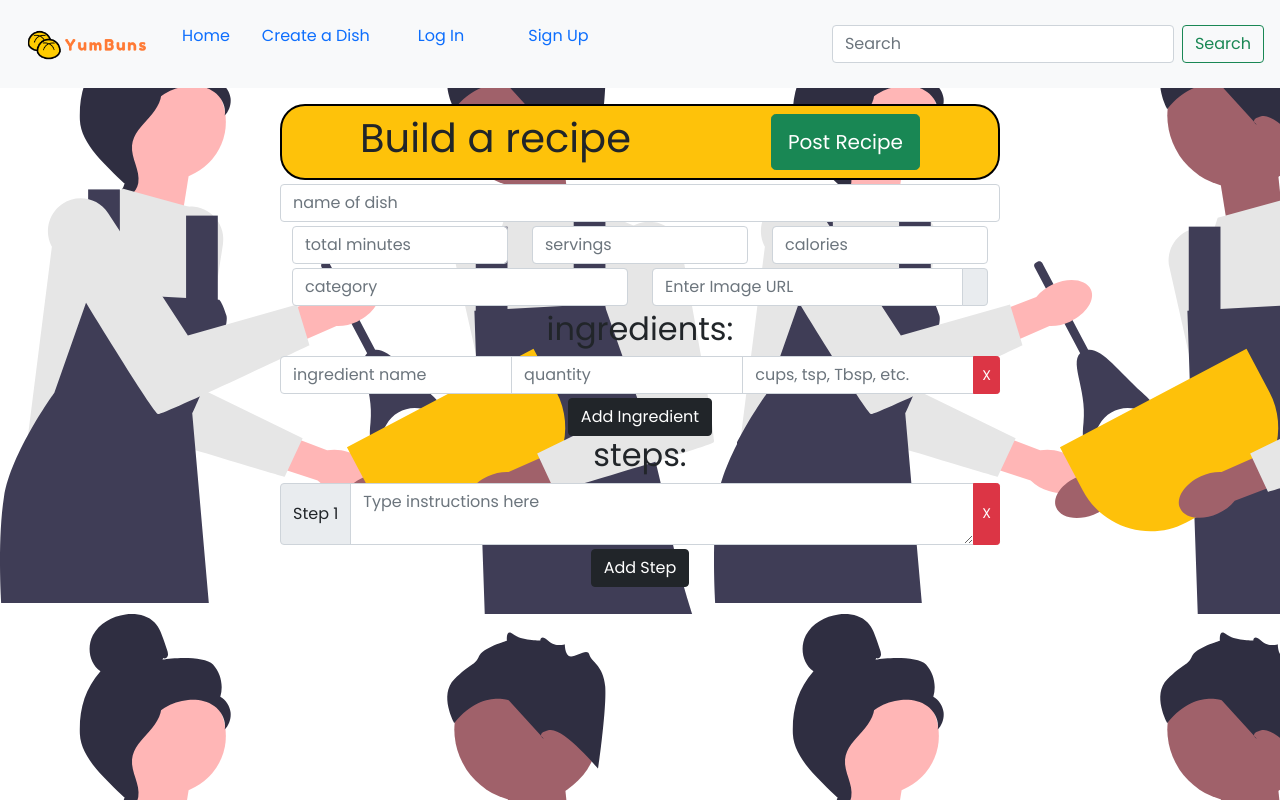
Repository: mottad14/yumBuns
Page: /create (app in client/)
The author's editor kept a copy of each file at every save. The page is drawn from the files as they stood at one save, then again after the next save.
The browser window is 1280 px wide. The pictures show the whole page.
Some web fonts or font styles are not loaded; a fallback is used. The project was rebuilt for these pictures with package versions that can differ from the ones it lists, and the page was loaded fresh each time. Also part of the build but not shown: client/src/components/RecipePreview.js, client/src/views/Main.js, client/src/views/Login.js, client/src/views/NewAccount.js, client/src/views/Recipe.js, client/src/components/SubscribePop.css, client/src/components/SignUp.jsx, client/src/components/SubscribePop.js.

Above is the page before, as saved 2022-07-30 12:53:31.

### client/public/index.html
<!DOCTYPE html>
<html lang="en">
  <head>
    <meta charset="utf-8" />
    <link rel="icon" href="%PUBLIC_URL%/favicon.ico" />
    <meta name="viewport" content="width=device-width, initial-scale=1" />
    <meta name="theme-color" content="#000000" />
    <meta
      name="description"
      content="Web site created using create-react-app"
    />
    <!--
      Notice the use of %PUBLIC_URL% in the tags above.
      It will be replaced with the URL of the `public` folder during the build.
      Only files inside the `public` folder can be referenced from the HTML.

      Unlike "/favicon.ico" or "favicon.ico", "%PUBLIC_URL%/favicon.ico" will
      work correctly both with client-side routing and a non-root public URL.
      Learn how to configure a non-root public URL by running `npm run build`.
    -->
    <title>Yumbuns</title>
  </head>
  <body>
    <noscript>You need to enable JavaScript to run this app.</noscript>
    <div id="root"></div>
    <!--
      This HTML file is a template.
      If you open it directly in the browser, you will see an empty page.

      You can add webfonts, meta tags, or analytics to this file.
      The build step will place the bundled scripts into the <body> tag.

      To begin the development, run `npm start` or `yarn start`.
      To create a production bundle, use `npm run build` or `yarn build`.
    -->
  </body>
</html>

### client/src/index.js
import React from 'react';
import ReactDOM from 'react-dom';
import './index.css';
import App from './App';
import reportWebVitals from './reportWebVitals';
import {BrowserRouter} from "react-router-dom";

ReactDOM.render(
    <React.StrictMode>
      <BrowserRouter>
            <App />
      </BrowserRouter>
    </React.StrictMode>,
    document.getElementById('root')
);



// If you want to start measuring performance in your app, pass a function
// to log results (for example: reportWebVitals(console.log))
// or send to an analytics endpoint. Learn more: https://bit.ly/CRA-vitals
reportWebVitals();

### client/src/App.js
import React from 'react';
import 'bootstrap/dist/css/bootstrap.min.css';
import {Switch, Route} from "react-router-dom";
import './App.css';
import NavBar from './components/NavBar';
import Main from './views/Main';
import Login from './views/Login'
import NewAccount from "./views/NewAccount"
import Create from './views/Create';
import Recipe from './views/Recipe';
import SubscribePop from './components/SubscribePop';
import {useState, useEffect} from 'react'
import { AuthContextProvider } from "./contexts/AuthContext";
import eating from "./imgs/cooking.svg"



function App() {
  const [timedPopup, setTimedPopup] = useState (false);

  useEffect(() => {
    setTimeout(() => {
      setTimedPopup(true)
    }, 45000)
  }, [])


  return (

    <div className="App" style={{ backgroundImage: `url(${eating})` }}>
      <div >

          <div className="">
              <AuthContextProvider>
                <NavBar/>
                  <Switch>
                    <Route exact path="/">
                      <Main/>
                    </Route>

                    <Route exact path="/login">
                      <Login/>
                    </Route>

                    <Route exact path="/signup">
                      <NewAccount/>
                    </Route>

                    <Route path="/view/single/:_id">
                      <Recipe/>
                    </Route>

                    <Route exact path="/create">
                      <Create/>
                    </Route>
                  </Switch>

                  <SubscribePop trigger={timedPopup} setTrigger={setTimedPopup}>
                  </SubscribePop>
              </AuthContextProvider>

          </div>
       </div>
    </div>
  );
}

export default App;

### client/src/App.css
@import url('https://fonts.googleapis.com/css2?family=BIZ+UDGothic&family=Poppins&display=swap');

.App {
  font-family: 'BIZ UDGothic', sans-serif;
  font-family: 'Poppins', sans-serif;
  text-align: center;
  min-height: 800px;
}

.recipePreview{
  border: 3px solid rgb(177, 177, 177);
  min-height: 300px;
  width: 250px;
  background-color: rgb(254, 194, 10);
  border-left-style: dotted;
  border-right-style: dotted;
  border-radius: 10%;

}

.recipePreview > img{
  width: 95%;
  border-radius: 10%;
}
.recipePreview >div{
  align-items: center;

}

.Logo{
  margin-left: 10px;
  height: 30px;
}

.sticky{
  position: sticky;
  top: 0;
  z-index: 999;
  background-color: rgb(254, 194, 10);
  border: 2px solid black;
  border-radius: 25px;
}

.thumbnailBox > img{
  height: 40px;
}

.thumbnailBox > img:hover{
  height: 125px;
}

### client/src/components/NavBar.js
import React from "react";
import { Link } from "react-router-dom"
import Nav from 'react-bootstrap/Nav';
import YumBuns from "../imgs/YumBunsLogo.png"

const NavBar = (props) => {
    return(
            <nav className="navbar navbar-expand-sm bg-light mb-3">
                <Link className="navbar-brand mx-3" to="/">  <img className="Logo" src={YumBuns} alt="Logo" /> </Link>

                <div className="collapse navbar-collapse" id="navbarSupportedContent">
                <ul className="navbar-nav me-auto mb-2 mb-lg-0">
                    <li className="nav-item">
                    <Nav.Link> <Link className="nav-link btn-outline-warning" aria-current="page" to="/">Home</Link> </Nav.Link>
                    </li>
                    <li className="nav-item">
                    <Nav.Link> <Link className="nav-link btn-outline-warning" to="/create">Create a Dish</Link> </Nav.Link>
                    </li>
                    <li className="nav-item">
                    <Nav.Link> <Link className="nav-link d-flex mx-3 btn-outline-warning" to="/login"> Log In</Link> </Nav.Link>
                    </li>
                    <li className="nav-item">
                    <Nav.Link>  <Link className="nav-link d-flex mx-3 btn-outline-warning" to="/signup">    <p onClick={() => props.setTrigger(true)}> Sign Up </p>    </Link> </Nav.Link>
                    </li>
                </ul>
                <form className="d-flex mx-3" role="search">
                    <input className="form-control me-2" type="search" placeholder="Search" aria-label="Search" />
                    <button className="btn btn-outline-success" type="submit">Search</button>
                </form>
            </div>
            </nav>
    )
}

export default NavBar;

### client/src/views/Create.js
import React, {useState} from "react";
import axios from "axios"
import { useHistory } from "react-router-dom";


const Create = (props) => {
    const [form, setForm] = useState({
        name:"",
        minutes: 0,
        servings: null,
        calories: null,
        category: "",
        imgURL: "",
        steps:[""], //Steps is going to need its own onChange-handler
        ingredients:[ //Ingredients will also need its own onChange-handler
            {amount: "", name:"", measurement:""}
        ]
    })

    const history = useHistory();

    const onChangeHandler = (event) =>{
        setForm({
            ...form,
            [event.target.name]: event.target.value
        })
    }

    const onAddStep = (event)=>{
        event.preventDefault();
        const copyForm = {...form};
        copyForm.steps.push("")
        setForm(copyForm);

    }

    const onAddIngredient = (event) =>{
        event.preventDefault();
        const copyForm = {...form};
        copyForm.ingredients.push({ amount: undefined, name: "", measurement: ""})
        setForm(copyForm);
    }

    const onRemoveIngredient = (event, i)=>{
        event.preventDefault();
        const copyForm = {...form}
        copyForm.ingredients.splice(i,1)
        setForm(copyForm)
    }

    const onRemoveStep = (event, i)=>{
        event.preventDefault();
        const copyForm = {...form}
        copyForm.steps.splice(i,1)
        setForm(copyForm)
    }

    const onChangeStep = (event, i)=>{
        const copyForm = {...form};
        copyForm.steps[i] = event.target.value;
        setForm(copyForm)
    }

    const onChangeIngredient = (event, i) => {
        const copyForm = {...form};
        copyForm.ingredients[i][event.target.name] = event.target.value;
        setForm(copyForm);
    }

    const onSubmitHandler = (event) => {
        event.preventDefault();
        axios.post("http://localhost:8000/api/recipes/create", form)
            .then(res=>{
                history.push("/");
            })
            .catch(err=>{
                console.log(err)
            })
    };

    return (
        <div>

           <form className="d-block w-75 mx-auto" onSubmit={onSubmitHandler}>
               <div className="d-flex justify-content-around sticky d-block w-75 mx-auto p-2">
                    <h1> Build a recipe</h1>
                    <input type="submit" className="btn btn-lg btn-success" value="Post Recipe" />
                </div>

               <div className="form-group d-block w-75 mx-auto my-1">
                   <input type="text" name="name" onChange={onChangeHandler} className="form-control" placeholder="name of dish" />
               </div>

               <div className="row my-1 w-75 mx-auto">
                   <div className="col">
                       <input type="number" name="minutes" onChange={onChangeHandler} className="form-control" placeholder="total minutes" aria-label="minutes"/>
                   </div>
                    <div className="col">
                       <input type="number" name="servings" onChange={onChangeHandler} className="form-control" placeholder="servings" aria-label="servings"/>
                   </div>
                    <div className="col">
                       <input type="number" name="calories" onChange={onChangeHandler} className="form-control" placeholder="calories" aria-label="calories"/>
                   </div>
               </div>

                <div className="row my-1 w-75 mx-auto">
                   <div className="col">
                       <input type="text" name="category" onChange={onChangeHandler} className="form-control" placeholder="category" aria-label="category"/>
                   </div>
                    <div className="col input-group">
                       <input type="text" name="imgURL" onChange={onChangeHandler} className="form-control" placeholder="Enter Image URL" aria-label="imageURL"/>
                       <span className="input-group-text thumbnailBox">{form.imgURL.length > 0 && <img src={form.imgURL} alt="image thumbnail" />}</span>
                   </div>
               </div>

               <h2>ingredients:</h2>
               {
                   form.ingredients.map((ingredient, i)=> {
                   return (
                       <div key={i} className="input-group my-1 mx-auto w-75">
                        <input type="text" value={ingredient.name} onChange={(event)=>onChangeIngredient(event, i)} className="form-control" placeholder="ingredient name" name="name" aria-label="amount" />
                        <input type="number" value={ingredient.amount} onChange={(event)=>onChangeIngredient(event, i)} className="form-control" placeholder="quantity" name="amount" aria-label="amount" />
                        <input type="text" value={ingredient.measurement} onChange={(event)=>onChangeIngredient(event, i)} className="form-control" placeholder="cups, tsp, Tbsp, etc." name="measurement" aria-label="amount"/>
                        <button  className="btn btn-sm btn-danger" onClick={(event)=>onRemoveIngredient(event, i)}>X</button>
                    </div>)
                   })
               }
                <button onClick={onAddIngredient} className="btn btn-dark">Add Ingredient</button>

               <h2>steps:</h2>
               {
                   form.steps.map((step, i)=>{
                       return <div key={i} className="input-group my-1 mx-auto w-75">
                                <span className="input-group-text" key={i}> Step {i+1}</span>
                                <textarea onChange={(event)=>onChangeStep(event, i)} value={step} placeholder="Type instructions here" className="form-control col-12" aria-label="With textarea"></textarea>
                                <button className="btn btn-sm btn-danger" onClick={(event)=>onRemoveStep(event, i)}>X</button>
                       </div>
                   })
               }
               <button onClick={onAddStep} className="btn btn-dark">Add Step</button>
           </form>

        </div>
    )

}

export default Create;

### client/src/contexts/AuthContext.js
import { createContext, useContext, useEffect, useState } from "react";
import {createUserWithEmailAndPassword,
    signInWithEmailAndPassword,
    signOut,
    onAuthStateChanged}
    from "firebase/auth"
import { auth } from "../firebase";

const UserContext = createContext();

export const AuthContextProvider = ({children}) => {
    const [user, setUser] = useState({})

    const createUser = (email, password) => {
        return (createUserWithEmailAndPassword(auth, email, password))
    }

    const signIn = (email, password) => {
        return signInWithEmailAndPassword(auth, email, password)
    }

    const logout = () =>{
        return signOut(auth);
    }

    useEffect (() => {
        const unsubscribe = onAuthStateChanged(auth, (currentUser) => {
            console.log(currentUser)
            setUser(currentUser)
        })
        return (() => {
            unsubscribe()
        })
    }, [])

    return (
        <UserContext.Provider value={{ createUser, user, signIn, logout }}>
            {children}
        </UserContext.Provider>
    )
}

export const UserAuth = () =>{
    return useContext(UserContext)
}

### client/src/firebase.js
// Import the functions you need from the SDKs you need
import { initializeApp } from "firebase/app";
import { getAuth } from "firebase/auth";
// TODO: Add SDKs for Firebase products that you want to use
// https://firebase.google.com/docs/web/setup#available-libraries

// Your web app's Firebase configuration
console.log(`The current api key is: ${process.env.REACT_APP_FIREBASE_API_KEY}`)
const firebaseConfig = {
  apiKey: process.env.REACT_APP_FIREBASE_API_KEY,
  authDomain: process.env.REACT_APP_FIREBASE_AUTH_DOMAIN,
  projectId: process.env.REACT_APP_FIREBASE_PROJECT_ID,
  storageBucket: process.env.REACT_APP_FIREBASE_STORAGE_BUCKET,
  messagingSenderId: process.env.REACT_APP_FIREBASE_MESSAGING_SENDER_ID,
  appId: process.env.REACT_APP_FIREBASE_APP_ID,
  measurementId: process.env.REACT_APP_FIREBASE_MEASUREMENT_ID
};

// Initialize Firebase
const app = initializeApp(firebaseConfig);
export const auth = getAuth(app);
export default app;

Loaded but not shown: client/src/index.css (common file); client/src/reportWebVitals.js (common file)

After the next save:
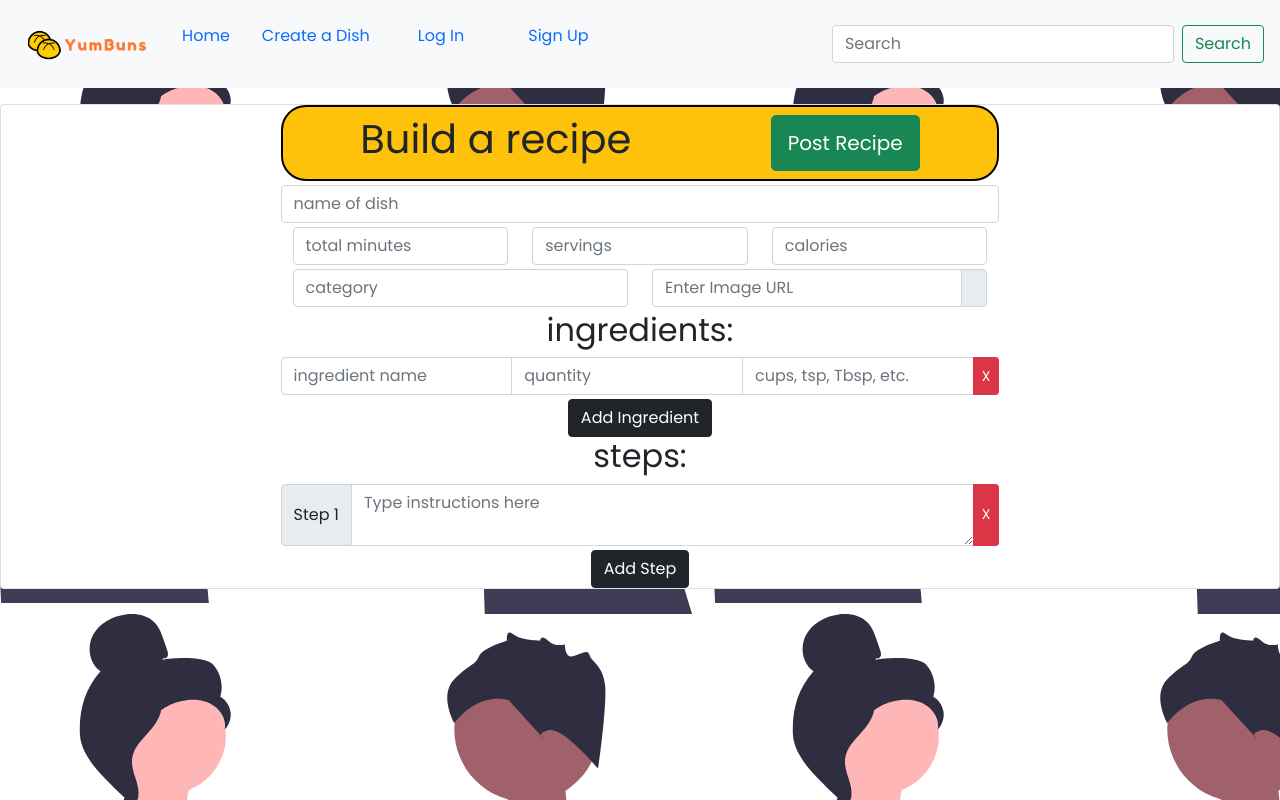
Saved 3 min 46 s later.
--- a/client/src/views/Create.js
+++ b/client/src/views/Create.js
@@ -1,6 +1,7 @@
 import React, {useState} from "react";
 import axios from "axios"
 import { useHistory } from "react-router-dom";
+import { Card } from "react-bootstrap";
 
 
 const Create = (props) => {
@@ -79,7 +80,7 @@ const Create = (props) => {
     };
 
     return (
-        <div>
+        <Card>
 
            <form className="d-block w-75 mx-auto" onSubmit={onSubmitHandler}>
                <div className="d-flex justify-content-around sticky d-block w-75 mx-auto p-2">
@@ -140,7 +141,7 @@ const Create = (props) => {
                <button onClick={onAddStep} className="btn btn-dark">Add Step</button>
            </form>
 
-        </div>
+        </Card>
     )
 
 }
